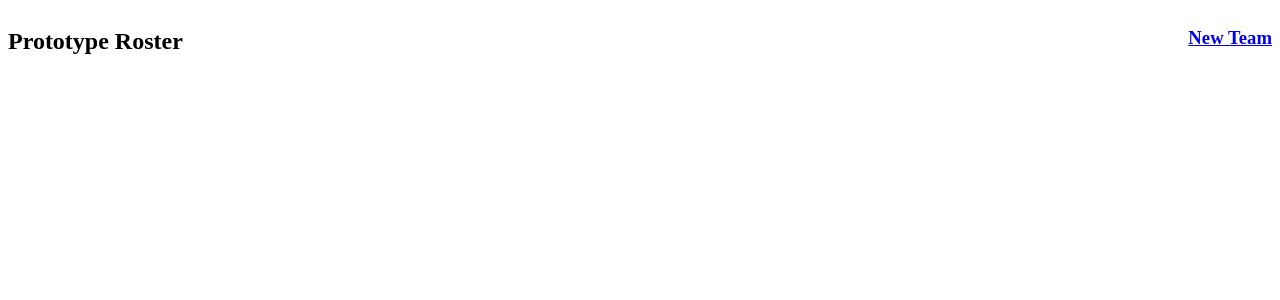
Repository: a-rydzak/Java
Page: http://localhost/Rosters/Home
The author's editor kept a copy of each file at every save. The page is drawn from the files as they stood at one save, then again after the next save.
The browser window is 1280 px wide. The pictures show the whole page.
The page is served by Tomcat 9.

Above is the page before, as saved 2019-07-26 12:58:19.

After the next save:
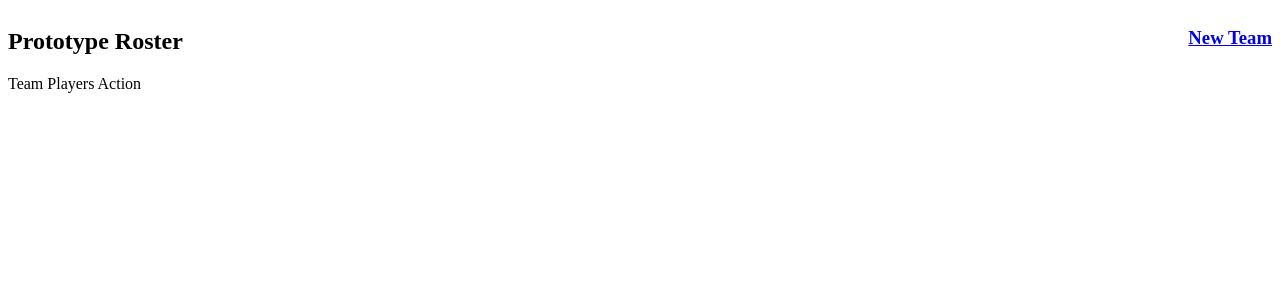
Saved 44 s later.
--- a/Java MVC/Team Roster/Rosters/WebContent/WEB-INF/views/Home.jsp
+++ b/Java MVC/Team Roster/Rosters/WebContent/WEB-INF/views/Home.jsp
@@ -16,6 +16,11 @@
 	</div>
 
 	<div id="teamsDisplay">
+		<tr>
+			<th>Team</th>
+			<th>Players</th>
+			<th>Action</th>
+		</tr>
 		<c:forEach items="${roster.getTeams()}" var="team">
 	    <tr>
 	        <td>${team.getTeamName()}</td>
